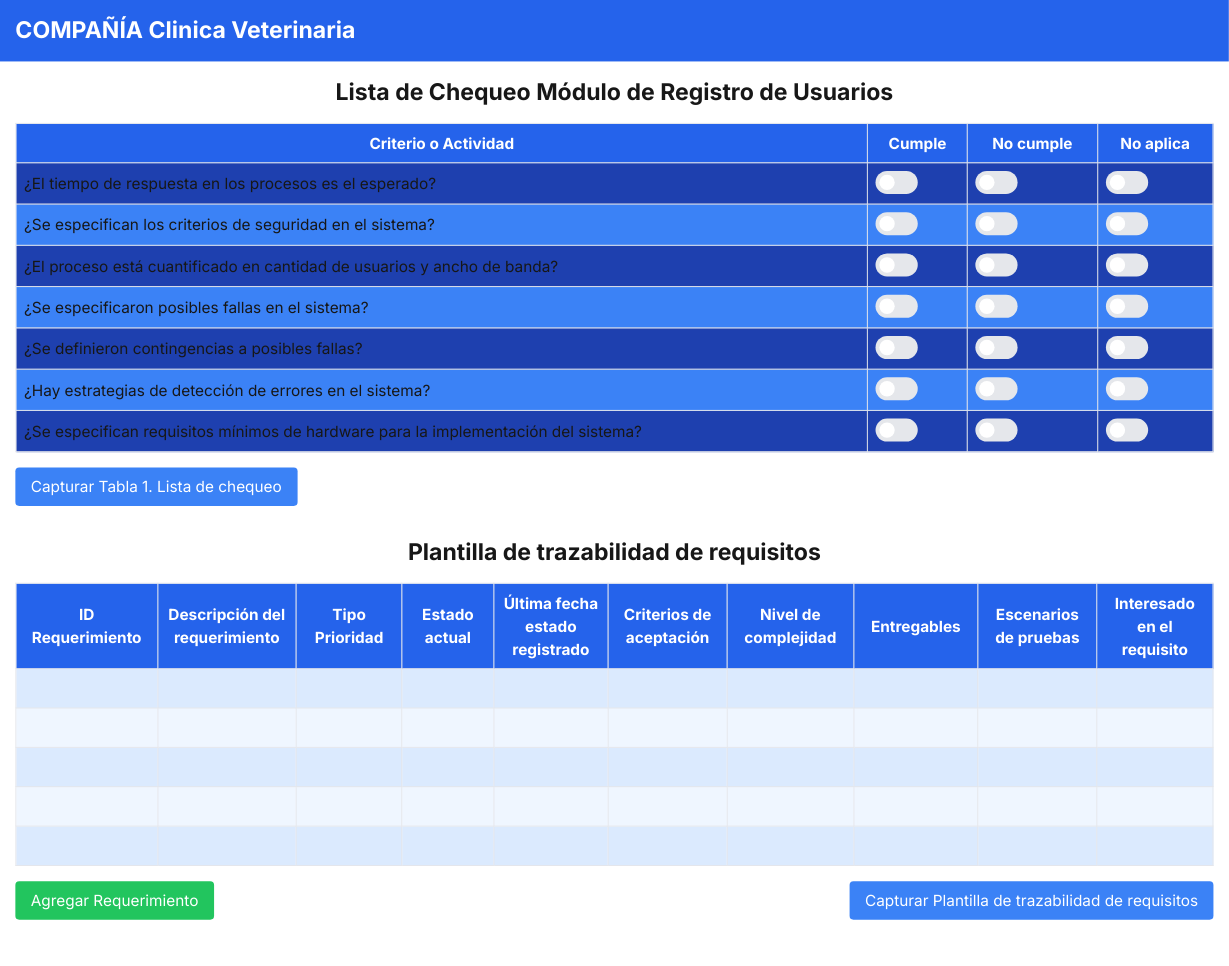
Repository: CiroAlfa/lista-de-Chequeo
Page: /
An editor plug-in stored every save of this project. The page is shown before and after the next save, followed by the edit.
The browser window is 1280 px wide. The pictures show the whole page, at 96% of full size.
The project was rebuilt for these pictures with package versions that can differ from the ones it lists, and the page was loaded fresh each time. The framework's server and built-in components were replaced by stand-ins that run in the browser. Also part of the build but not shown: next.config.mjs.

Above is the page before, as saved 2024-09-27 13:14:28.

### src/app/layout.tsx
import './globals.css'
import type { Metadata } from 'next'
import { Inter } from 'next/font/google'

const inter = Inter({ subsets: ['latin'] })

export const metadata: Metadata = {
  title: 'Checklist App - Clinica Veterinaria',
  description: 'Aplicación de chequeo y trazabilidad de requisitos',
}

export default function RootLayout({
  children,
}: {
  children: React.ReactNode
}) {
  return (
    <html lang="es">
      <body className={inter.className}>
        <header className="bg-blue-600 text-white p-4">
          <h1 className="text-2xl font-bold">COMPAÑÍA Clinica Veterinaria</h1>
        </header>
        {children}
      </body>
    </html>
  )
}

### src/app/page.tsx
'use client'

import { useState } from 'react'
import { Switch } from '@headlessui/react'
import html2canvas from 'html2canvas'

interface ChecklistItem {
  id: number
  criteria: string
  cumple: boolean
  noCumple: boolean
  noAplica: boolean
}

interface RequirementItem {
  id: string
  description: string
  priority: string
  status: string
  lastUpdated: string
  acceptanceCriteria: string
  complexity: string
  deliverables: string
  testScenarios: string
  stakeholder: string
}

const initialChecklist: ChecklistItem[] = [
  { id: 1, criteria: '¿El tiempo de respuesta en los procesos es el esperado?', cumple: false, noCumple: false, noAplica: false },
  { id: 2, criteria: '¿Se especifican los criterios de seguridad en el sistema?', cumple: false, noCumple: false, noAplica: false },
  { id: 3, criteria: '¿El proceso está cuantificado en cantidad de usuarios y ancho de banda?', cumple: false, noCumple: false, noAplica: false },
  { id: 4, criteria: '¿Se especificaron posibles fallas en el sistema?', cumple: false, noCumple: false, noAplica: false },
  { id: 5, criteria: '¿Se definieron contingencias a posibles fallas?', cumple: false, noCumple: false, noAplica: false },
  { id: 6, criteria: '¿Hay estrategias de detección de errores en el sistema?', cumple: false, noCumple: false, noAplica: false },
  { id: 7, criteria: '¿Se especifican requisitos mínimos de hardware para la implementación del sistema?', cumple: false, noCumple: false, noAplica: false },
]

const initialRequirements: RequirementItem[] = Array(5).fill(null).map((_, index) => ({
  id: ``,
  description: '',
  priority: '',
  status: '',
  lastUpdated: '',
  acceptanceCriteria: '',
  complexity: '',
  deliverables: '',
  testScenarios: '',
  stakeholder: '',
}))

export default function Home() {
  const [checklist, setChecklist] = useState<ChecklistItem[]>(initialChecklist)
  const [requirements, setRequirements] = useState<RequirementItem[]>(initialRequirements)

  const handleChecklistChange = (id: number, field: 'cumple' | 'noCumple' | 'noAplica') => {
    setChecklist(checklist.map(item => {
      if (item.id === id) {
        const newItem = { ...item, [field]: !item[field] }
        if (newItem[field]) {
          newItem.cumple = field === 'cumple'
          newItem.noCumple = field === 'noCumple'
          newItem.noAplica = field === 'noAplica'
        }
        return newItem
      }
      return item
    }))
  }

  const handleRequirementChange = (id: string, field: keyof RequirementItem, value: string) => {
    setRequirements(requirements.map(item =>
      item.id === id ? { ...item, [field]: value } : item
    ))
  }

  const addRequirement = () => {
    const newId = `REQ00${requirements.length + 1}`
    setRequirements([...requirements, {
      id: newId,
      description: '',
      priority: '',
      status: '',
      lastUpdated: '',
      acceptanceCriteria: '',
      complexity: '',
      deliverables: '',
      testScenarios: '',
      stakeholder: '',
    }])
  }

  const captureScreenshot = async (elementId: string, fileName: string) => {
    const element = document.getElementById(elementId)
    if (element) {
      const canvas = await html2canvas(element)
      const image = canvas.toDataURL('image/png')
      const link = document.createElement('a')
      link.href = image
      link.download = fileName
      link.click()
    }
  }

  return (
    <main className="container mx-auto p-4">
      <div className="mb-8" id="checklist-table">
        <h2 className="text-2xl font-bold mb-4 text-center">Lista de Chequeo Módulo de Registro de Usuarios</h2>
        <table className="w-full border-collapse">
          <thead>
            <tr className="bg-blue-600 text-white">
              <th className="border p-2">Criterio o Actividad</th>
              <th className="border p-2">Cumple</th>
              <th className="border p-2">No cumple</th>
              <th className="border p-2">No aplica</th>
            </tr>
          </thead>
          <tbody>
            {checklist.map((item, index) => (
              <tr key={item.id} className={index % 2 === 0 ? 'bg-blue-800' : 'bg-blue-500'}>
                <td className="border p-2">{item.criteria}</td>
                <td className="border p-2">
                  <Switch
                    checked={item.cumple}
                    onChange={() => handleChecklistChange(item.id, 'cumple')}
                    className={`${item.cumple ? 'bg-blue-600' : 'bg-gray-200'} relative inline-flex h-6 w-11 items-center rounded-full`}
                  >
                    <span className={`${item.cumple ? 'translate-x-6' : 'translate-x-1'} inline-block h-4 w-4 transform rounded-full bg-white transition`} />
                  </Switch>
                </td>
                <td className="border p-2">
                  <Switch
                    checked={item.noCumple}
                    onChange={() => handleChecklistChange(item.id, 'noCumple')}
                    className={`${item.noCumple ? 'bg-blue-600' : 'bg-gray-200'} relative inline-flex h-6 w-11 items-center rounded-full`}
                  >
                    <span className={`${item.noCumple ? 'translate-x-6' : 'translate-x-1'} inline-block h-4 w-4 transform rounded-full bg-white transition`} />
                  </Switch>
                </td>
                <td className="border p-2">
                  <Switch
                    checked={item.noAplica}
                    onChange={() => handleChecklistChange(item.id, 'noAplica')}
                    className={`${item.noAplica ? 'bg-blue-600' : 'bg-gray-200'} relative inline-flex h-6 w-11 items-center rounded-full`}
                  >
                    <span className={`${item.noAplica ? 'translate-x-6' : 'translate-x-1'} inline-block h-4 w-4 transform rounded-full bg-white transition`} />
                  </Switch>
                </td>
              </tr>
            ))}
          </tbody>
        </table>
        <button
          onClick={() => captureScreenshot('checklist-table', 'lista-de-chequeo.png')}
          className="mt-4 bg-blue-500 text-white px-4 py-2 rounded hover:bg-blue-600 transition-colors"
        >
          Capturar Tabla 1. Lista de chequeo
        </button>
      </div>

      <div className="mb-8" id="requirements-table">
        <h2 className="text-2xl font-bold mb-4 text-center">Plantilla de trazabilidad de requisitos</h2>
        <table className="w-full border-collapse">
          <thead>
            <tr className="bg-blue-600 text-white">
              <th className="border p-2">ID Requerimiento</th>
              <th className="border p-2">Descripción del requerimiento</th>
              <th className="border p-2">Tipo Prioridad</th>
              <th className="border p-2">Estado actual</th>
              <th className="border p-2">Última fecha estado registrado</th>
              <th className="border p-2">Criterios de aceptación</th>
              <th className="border p-2">Nivel de complejidad</th>
              <th className="border p-2">Entregables</th>
              <th className="border p-2">Escenarios de pruebas</th>
              <th className="border p-2">Interesado en el requisito</th>
            </tr>
          </thead>
          <tbody>
            {requirements.map((item, index) => (
              <tr key={index} className={index % 2 === 0 ? 'bg-blue-100' : 'bg-blue-50'}>
                <td className="border p-2">
                  <input
                    type="text"
                    value={item.id}
                    onChange={(e) => handleRequirementChange(item.id, 'id', e.target.value)}
                    className="w-full bg-transparent"
                  />
                </td>
                <td className="border p-2">
                  <input
                    type="text"
                    value={item.description}
                    onChange={(e) => handleRequirementChange(item.id, 'description', e.target.value)}
                    className="w-full bg-transparent"
                  />
                </td>
                <td className="border p-2">
                  <input
                    type="text"
                    value={item.priority}
                    onChange={(e) => handleRequirementChange(item.id, 'priority', e.target.value)}
                    className="w-full bg-transparent"
                  />
                </td>
                <td className="border p-2">
                  <input
                    type="text"
                    value={item.status}
                    onChange={(e) => handleRequirementChange(item.id, 'status', e.target.value)}
                    className="w-full bg-transparent"
                  />
                </td>
                <td className="border p-2">
                  <input
                    type="text"
                    value={item.lastUpdated}
                    onChange={(e) => handleRequirementChange(item.id, 'lastUpdated', e.target.value)}
                    className="w-full bg-transparent"
                  />
                </td>
                <td className="border p-2">
                  <input
                    type="text"
                    value={item.acceptanceCriteria}
                    onChange={(e) => handleRequirementChange(item.id, 'acceptanceCriteria', e.target.value)}
                    className="w-full bg-transparent"
                  />
                </td>
                <td className="border p-2">
                  <input
                    type="text"
                    value={item.complexity}
                    onChange={(e) => handleRequirementChange(item.id, 'complexity', e.target.value)}
                    className="w-full bg-transparent"
                  />
                </td>
                <td className="border p-2">
                  <input
                    type="text"
                    value={item.deliverables}
                    onChange={(e) => handleRequirementChange(item.id, 'deliverables', e.target.value)}
                    className="w-full bg-transparent"
                  />
                </td>
                <td className="border p-2">
                  <input
                    type="text"
                    value={item.testScenarios}
                    onChange={(e) => handleRequirementChange(item.id, 'testScenarios', e.target.value)}
                    className="w-full bg-transparent"
                  />
                </td>
                <td className="border p-2">
                  <input
                    type="text"
                    value={item.stakeholder}
                    onChange={(e) => handleRequirementChange(item.id, 'stakeholder', e.target.value)}
                    className="w-full bg-transparent"
                  />
                </td>
              </tr>
            ))}
          </tbody>
        </table>
        <div className="mt-4 flex justify-between">
          <button
            onClick={addRequirement}
            className="bg-green-500 text-white px-4 py-2 rounded hover:bg-green-600 transition-colors"
          >
            Agregar Requerimiento
          </button>
          <button
            onClick={() => captureScreenshot('requirements-table', 'plantilla-trazabilidad-requisitos.png')}
            className="bg-blue-500 text-white px-4 py-2 rounded hover:bg-blue-600 transition-colors"
          >
            Capturar Plantilla de trazabilidad de requisitos
          </button>
        </div>
      </div>
    </main>
  )
}

Loaded but not shown: src/app/globals.css (common file); tailwind.config.ts (common file)

After the next save:
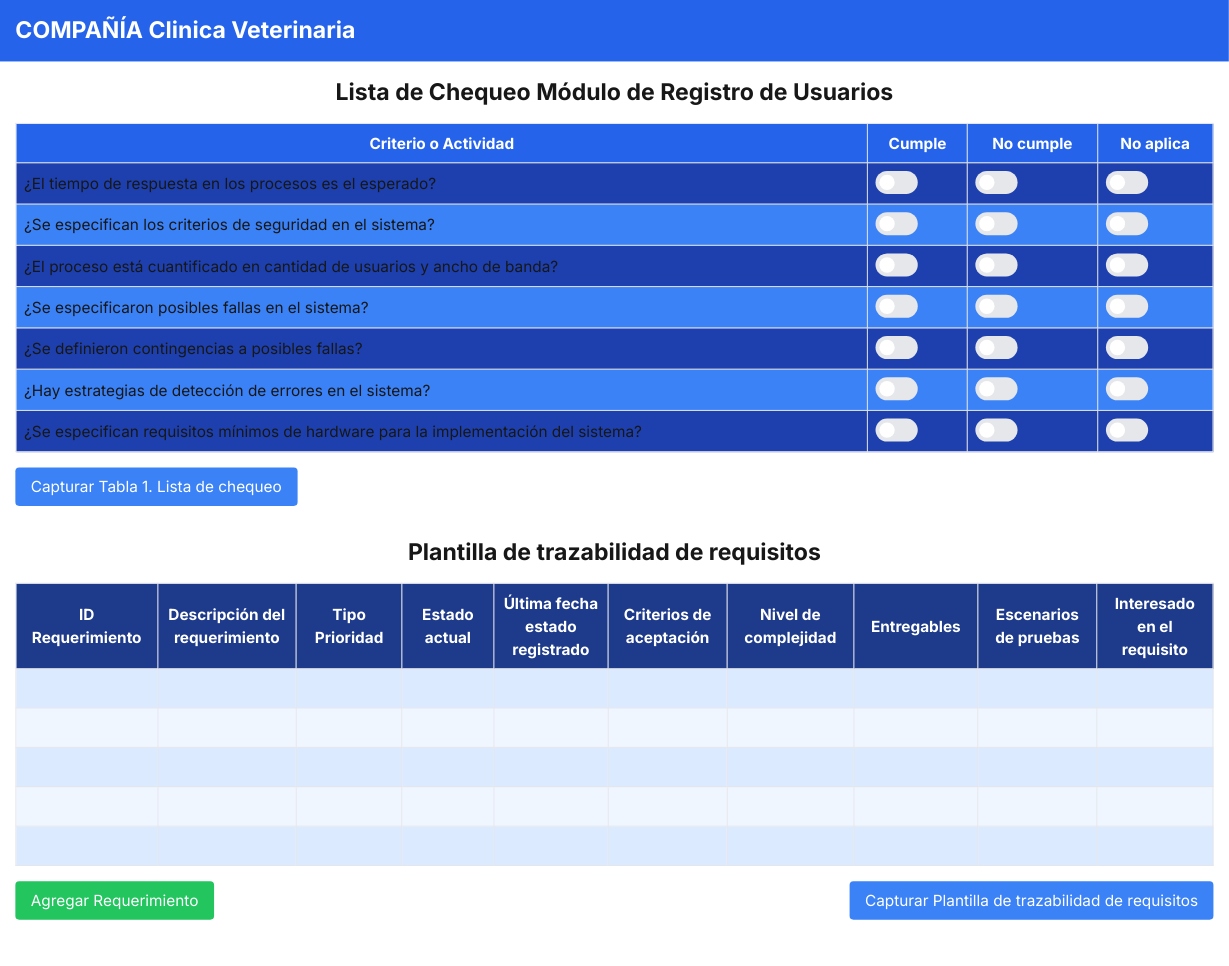
Saved 12 s later.
--- a/src/app/page.tsx
+++ b/src/app/page.tsx
@@ -161,7 +161,7 @@
         <h2 className="text-2xl font-bold mb-4 text-center">Plantilla de trazabilidad de requisitos</h2>
         <table className="w-full border-collapse">
           <thead>
-            <tr className="bg-blue-600 text-white">
+            <tr className="bg-blue-900 text-white">
               <th className="border p-2">ID Requerimiento</th>
               <th className="border p-2">Descripción del requerimiento</th>
               <th className="border p-2">Tipo Prioridad</th>
